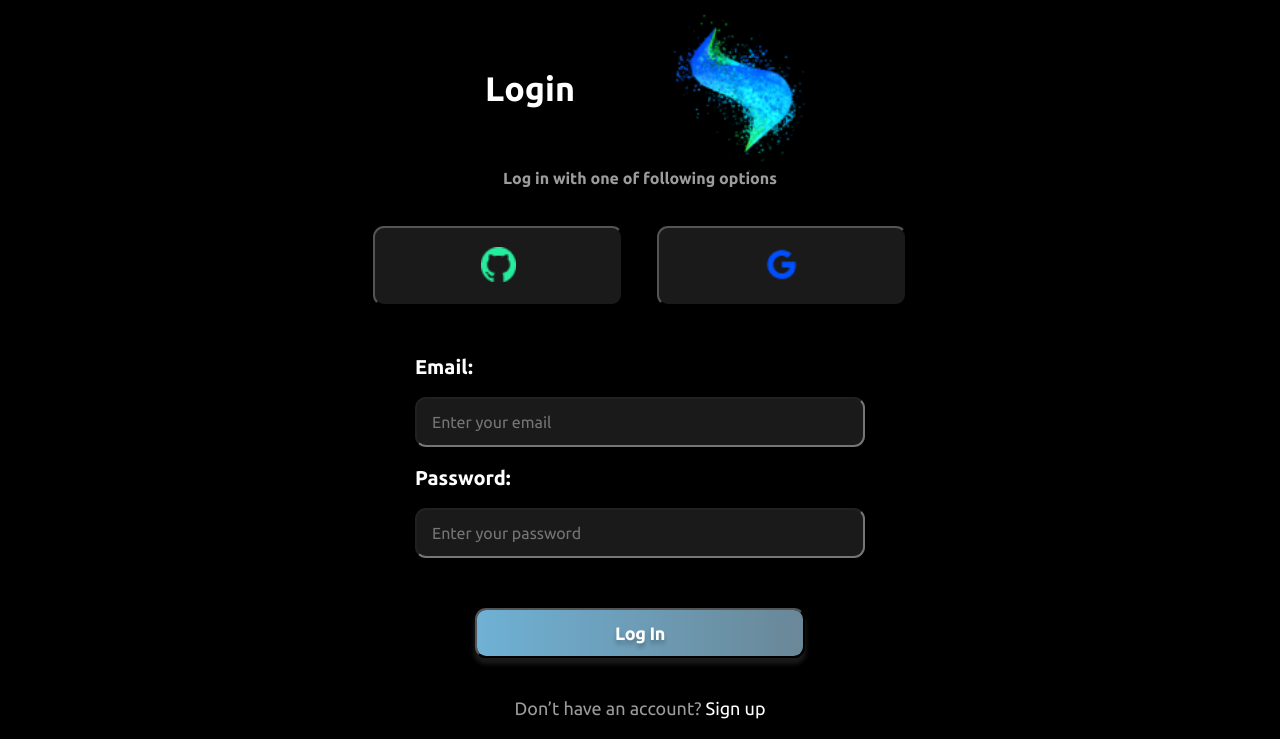
Repository: Cherced/QuanticFilms
Page: /login
These files come from the project's save history. The page is drawn as it stood at one moment and after the next save; the edit follows.
The browser window is 1280 px wide. The pictures show the whole page.
The page's requests for data from a server got no answer. The project was rebuilt for these pictures with package versions that can differ from the ones it lists, and the page was loaded fresh each time. The framework's server and built-in components were replaced by stand-ins that run in the browser. No one was signed in, and anything a server would have sent is missing. Also part of the build but not shown: components/atoms/HeaderFloat.jsx.

Above is the page before, as saved 2022-06-10 12:18:00.

### pages/_app.js
import '../sass/global.scss'
import {SessionProvider} from 'next-auth/react'



function MyApp({ Component, pageProps }) {
  return <SessionProvider>
            <Component {...pageProps} />
        </SessionProvider>
  }

export default MyApp

### pages/login.jsx
import React from 'react'
import { ButtonColors } from '../components/atoms/ButtonColors'
import { HeaderFloat } from '../components/atoms/HeaderFloat'
import {ButtonsAccesBySM} from '../components/molecules/ButtonsAccesBySM'
import { LoginForm } from '../components/molecules/LoginForm'
import  { useRouter } from 'next/router'
import {useSession, signIn } from 'next-auth/react'


const Login = () => {

  const { data: session, status } = useSession()
  const router = useRouter();

  if(status !== 'loading' && status === 'authenticated'){
      router.push('/home')
  }

  return (
    <div className="loginContainer">
         <div className="headerLogin">
           <h1>Login</h1>
        <img src="/images/brandLogoHeader.png" alt="BrandLogo"/>
        </div>
        <p className="parragaphAccount">Log in with one of following options</p>
        <ButtonsAccesBySM pathG={()=> signIn('github')} pathGO={()=> signIn('google')} img1={"/images/mac.png"} img2={"/images/google.png"} alt="mediaLink" />
        <LoginForm />
        <div className="principalButtonLogin">
        <ButtonColors path={"customization"} title="Log In" />
        <p className="parragaphAccountLogin">Don’t have an account? <a onClick={() => router.push("signUp")}>Sign up</a></p>
        </div>
    </div>
  )
}

export default Login

### sass/global.scss
@import "./vars";
@import "./components";
@import "./pages/start";
@import "./pages/login";
@import "./pages/signUp";
@import "./pages/costumization";
@import "./pages/home";
@import "./pages/account";

### components/atoms/ButtonColors.jsx
import React from 'react'
import { useRouter } from 'next/router'

export const ButtonColors = (props) => {
    const router = useRouter()
  return (
    <button onClick={() => router.push(`/${props.path}`)}>{props.title}</button>
  )
}

### components/molecules/ButtonsAccesBySM.jsx
import React from 'react'
import { ButtonAccount } from '../atoms/ButtonAccount'

export const ButtonsAccesBySM = (props) => {
  return (
    <div className="buttonsAccesBySM">
        <ButtonAccount path={props.pathG} img={props.img1} alt={props.alt} />
        <ButtonAccount path={props.pathGO} img={props.img2} alt={props.alt} />
    </div>
  )
}

### components/molecules/LoginForm.jsx
import React from 'react'
import { InputBasicAccont } from '../atoms/InputBasicAccont'

export const LoginForm = () => {
  return (
    <form className="formContainer">
        <InputBasicAccont password={false} titleForm="Email:" name="Email" for="Email" placeholder="Enter your email" type="text" autoComplete="off" />
        <InputBasicAccont password={true} titleForm="Password:" name="password" for="password" placeholder="Enter your password" type="password" autoComplete="off" />
    </form>
  )
}

### sass/_vars.scss
@import url('https://fonts.googleapis.com/css2?family=Ubuntu:ital,wght@0,300;0,400;0,500;0,700;1,300;1,400;1,500;1,700&display=swap');

$FontTitle: 'Ubuntu', sans-serif;

*{
    margin: 0;
    padding: 0;
    box-sizing: border-box;
}

body{
    background: black;
}
// forms Position
.formContainer{
    margin-top: 25px;
    width: 100%;
    display: flex;
    flex-direction: column;
    align-items: center;

}

//pruebas::after

.pruebas{
    min-width: 100vw;
    min-height: 100vh;
    box-sizing: border-box;
    margin: auto;
    padding: 0px;
    display: flex;
    justify-content: center;
    align-items: center;
    flex-direction: column;
}

### sass/_components.scss
@import "./mixxins";
@import "./components/headerFloat";
@import "./components/buttonsAccesBySM";
@import "./components/inputBasicAccount";
@import "./components/welcomeAnimation";
@import "./components/FilterSearch";
@import "./components/buttonAddCategory";
@import "./components/sliderInfinite";
@import "./components/sliderSmallCase";
@import "./components/filterByOptions";
@import "./components/progressBar";
@import "./components/userInfo";
@import "./components/logOut";
@import "./components/footer";

### sass/_mixxins.scss
@mixin ButtonColors {
    button {
        width: 330px;
        height: 50px;
        background: linear-gradient(270deg, #000000, #15adff, #25ed9e, #313a35, #000000);
        background-size: 1000% 1000%;
        -webkit-animation: AnimationName 10s ease infinite;
        -moz-animation: AnimationName 10s ease infinite;
        animation: AnimationName 10s ease infinite;
        box-shadow: 0px 5px 4px 1px #1A1A1A, inset 0px 4px 4px 629px rgba(255, 255, 255, 0.4);
        border-radius: 11px;
        color: whitesmoke;
        font-family: $FontTitle;
        font-style: normal;
        font-weight: 700;
        font-size: 18px;
        line-height: 21px;
        letter-spacing: -0.02em;
        color: #FFFFFF;
        text-shadow: 0px 4px 4px rgba(0, 0, 0, 0.25);
    }

    @media screen and (max-width: 320px) {
        button {
            width: 280px;
        }
    }

    @media screen and (max-width: 320px) and (max-height: 372px) {
        button {
            width: 280px;
        }
    }

    @-webkit-keyframes AnimationName {
        0% {
            background-position: 0% 50%
        }

        50% {
            background-position: 100% 50%
        }

        100% {
            background-position: 0% 50%
        }
    }

    @-moz-keyframes AnimationName {
        0% {
            background-position: 0% 50%
        }

        50% {
            background-position: 100% 50%
        }

        100% {
            background-position: 0% 50%
        }
    }

    @keyframes AnimationName {
        0% {
            background-position: 0% 50%
        }

        50% {
            background-position: 100% 50%
        }

        100% {
            background-position: 0% 50%
        }
    }
}

### sass/components/_headerFloat.scss
.headerText {
    display: flex;
    align-items: center;
    height: 95px;
    padding: 20px 0 0 0;

    .headerNavText {
        margin: 0 20px;

        button {
            background-color: transparent;
            border-radius: 50px;
        }
    }

    h1 {
        font-family: 'Ubuntu';
        font-style: normal;
        font-weight: 700;
        font-size: 24px;
        line-height: 28px;
        /* identical to box height */


        color: #FFFFFF;

    }

    .BrandIcon {
        position: absolute;
        top: 10px;
        left: 226px;
        z-index: 1;
    }
}

.headerJustBack {
    display: flex;
    align-items: center;
    height: 55px;
    padding: 20px 0 0 0;

    .headerNavText {
        margin: 0 20px;

        button {
            background-color: transparent;
            border-radius: 50px;
        }
    }

    .BrandIcon {
        display: none;
    }
}

@media screen and (min-width: 375px) {
    .headerText {
        .BrandIcon {
            left: 210px;
        }
    }
}

### sass/components/_buttonsAccesBySM.scss
.buttonsAccesBySM {
    width: 100%;
    margin-top: 40px;
    display: flex;
    justify-content: space-evenly;

    button {
        width: 160px;
        height: 60px;
        background: rgba(255, 255, 255, 0.1);
        box-shadow: 0px 4px 4px rgba(0, 0, 0, 0.25);
        backdrop-filter: blur(4px);
        border-radius: 11px;
    }
}

@media screen and (max-width: 320px) {
    .buttonsAccesBySM {
        margin-top: 30px;
        justify-content: space-evenly;
        button {
            width: 140px;
        }
    }
}


@media screen and (min-width: 414px) {
    .buttonsAccesBySM {
        margin-top: 50px;
        justify-content: space-evenly;
        button {
            width: 180px;
            height: 70px;
            img{
                width: 30px;
            }
        }
    }
}


@media screen and (min-width: 768px) {
    .buttonsAccesBySM {
        margin-top: 80px;
        justify-content: space-evenly;
        button {
            width: 340px;
            height: 90px;
            img{
                width: 35px;
            }
        }
    }
}


@media screen and (min-width: 1024px) {
    .buttonsAccesBySM {
        margin-top: 40px;
        justify-content: space-evenly;
        width: 600px;
        button {
            width: 250px;
            height: 80px;
            img{
                width: 35px;
            }
        }
    }
}

### sass/components/_inputBasicAccount.scss
.inputBasicAccont {
    display: flex;
    flex-direction: column;
    label {
        font-family: 'Ubuntu';
        font-style: normal;
        font-weight: 700;
        font-size: 18px;
        line-height: 21px;
        color: #FFFFFF;
        margin-top: 10px;
    }

    input {
        width: 330px;
        height: 40px;
        font-family: 'Ubuntu';
        font-style: normal;
        font-weight: 400;
        font-size: 14px;
        line-height: 16px;
        color: #FFFFFF;
        background: rgba(255, 255, 255, 0.1);
        box-shadow: 0px 4px 4px rgba(0, 0, 0, 0.25);
        backdrop-filter: blur(4px);
        border-radius: 11px;
        margin-top: 20px;
        padding-left: 15px;
    }

    .passwordInput {
        width: 330px;

        img {
            position: relative;
            right: -290px;
            top: -30px
        }

        input {
            width: 330px;
            height: 40px;
            font-family: 'Ubuntu';
            font-style: normal;
            font-weight: 400;
            font-size: 14px;
            line-height: 16px;
            color: #FFFFFF;
            background: rgba(255, 255, 255, 0.1);
            box-shadow: 0px 4px 4px rgba(0, 0, 0, 0.25);
            backdrop-filter: blur(4px);
            border-radius: 11px;
            margin-top: 20px;
            padding-left: 15px;
        }
    }
}

@media screen and (max-width: 320px) {
    .inputBasicAccont {
        input {
            width: 280px;
        }

        .passwordInput {
            width: 280px;

            img {
                position: relative;
                right: -245px;
                top: -30px
            }

            input {
                width: 280px;
            }
        }
    }

}


@media screen and (min-width: 414px) {
    .inputBasicAccont {
        input {
            width: 350px;
        }

        .passwordInput {
            width: 350px;

            img {
                position: relative;
                right: -310px;
                top: -30px
            }

            input {
                width: 350px;
            }
        }
    }

}


@media screen and (min-width: 768px) {
    .inputBasicAccont {
        label {
            margin-top: 20px;
            font-size: 20px;
        }

        input {
            width: 450px;
            height: 50px;
            font-size: 16px;
        }

        .passwordInput {
            width: 450px;

            img {
                position: relative;
                right: -400px;
                top: -35px
            }

            input {
                width: 450px;
                height: 50px;
                font-size: 16px;
            }
        }
    }
}

### sass/components/_FilterSearch.scss
.FilterSearch {
    width: 280px;
    height: 45px;
    box-shadow: 0px 4px 4px rgba(0, 0, 0, 0.25), 0px 4px 4px rgba(255, 255, 255, 0.25);
    border-radius: 18px;
    animation: shadownText 3s ease-in-out infinite;
    input {
        padding-left: 50px;
        width: 100%;
        height: 45px;
        background: #1A1A1A;
        box-shadow: 0px 4px 4px rgba(0, 0, 0, 0.25);
        backdrop-filter: blur(4px);
        border-radius: 22px;
        color: #FFFFFF;
    }

    button {
        width: 35px;
        height: 35px;
        position: relative;
        top: -40px;
        left: 10px;
        border-radius: 46px;

        img {
            background: #1A1A1A;
            width: 100%;
            height: 100%;
            border-radius: 20px;
        }

    }
}
@media screen and (min-width: 375px) {
    .FilterSearch{
        width: 300px;
    }

}


@media screen and (min-width: 768px) {
    .FilterSearch{
        width: 450px;
    }
}

### sass/components/_buttonAddCategory.scss
.PopularCategoriesContainer {
    width: 95%;
    height: auto;
    display: flex;
    flex-direction: row;
    flex-wrap: wrap;
    justify-content: space-evenly;

    .ButtonAddCategorie {
        display: flex;
        justify-content: space-evenly;
        align-items: center;
        width: auto;
        height: auto;
        background: #1A1A1A;
        box-shadow: 0px 4px 4px rgb(0 0 0 / 25%);
        border-radius: 30px;
        font-family: "Ubuntu", sans-serif;
        font-style: normal;
        font-weight: 500;
        font-size: 17px;
        line-height: 18px;
        text-align: center;
        letter-spacing: -0.165px;
        color: #FFFFFF;
        margin: 15px 0;
        padding: 5px;
        box-shadow: 0px 4px 4px rgba(0, 0, 0, 0.25), 0px 4px 4px rgba(255, 255, 255, 0.35);
        border-radius: 18px;
        animation: shadownText 10s ease-in-out infinite;
        img {
            padding-left: 20px;
        }

    }
}
@media screen and (min-width: 375px){
    .PopularCategoriesContainer{
        margin-top: 30px;
    }
}

@media screen and (min-width: 414px){
    .PopularCategoriesContainer{
        margin-top: 50px;
    }
}

### sass/components/_sliderInfinite.scss
.sliderInfiniteMoviesContainer {
    margin: 50px 0;
    width: 100%;
    max-width: 400px;
    overflow: hidden;

    .sliderContent {
        display: flex;
        width: 2000%;
        height: 400px;
        margin-left: -100%;
        .sliderContentItem__image {
            width: 100%;
            background: transparent;
            border: none;
            .sliderImg {
                display: block;
                width: 100%;
                height: 100%;
                object-fit: contain;
                border-radius: 200px;
            }
        }
    }

    .slider--BTN {
        position: relative;
        width: 40px;
        height: 40px;
        background: rgba(255, 255, 255, 0.7);
        top: 20px;
        transform: translateY(-50%);
        border-radius: 50%;
        cursor: pointer;
        z-index: 1;
        font-size: 30px;
        font-weight: bold;
        font-family: 'Ubuntu';
    }

    .slider--BTN:hover {
        background: rgba(255, 255, 255, 0.9);
    }

    .btn--lf {
        left: 50px;
    }

    .btn--rg {
        left: 250px;
    }
}

### sass/components/_filterByOptions.scss
.filterByOptionsContainer {
    width: 90%;
    display: flex;
    margin: 30px 0;


    .switchByOptions {
        background: transparent;
        border-radius: 50px;
        width: 32px;
        height: 32px;
        margin-left: 47%;
        transition: all 1.3s ease;
    }

    .filterSelectsThree {
        width: 0;
        display: flex;
        flex-direction: row;
        opacity: 0;
        justify-content: space-between;
        transition: 1s ease;
        .optionFilter {
            width: auto;
            height: 30px;
            padding: 0 8px;

            select {
                padding: 5px;
                border-radius: 30px;
                border: 1px solid transparent;
                width: 100%;
                height: 100%;
                color: #FFFFFF;
                background: #1A1A1A;
                box-shadow: 0px 4px 4px rgba(0, 0, 0, 0.25);
                animation: shadownText 5s ease-in-out infinite;
                background: #1A1A1A;
                box-shadow: 0px 4px 4px rgba(0, 0, 0, 0.25), inset 0px 4px 4px rgba(0, 0, 0, 0.25);
            }
        }

    }
}

### sass/components/_progressBar.scss

.container-bar {
	flex-direction: column;
	display: flex;
	align-items: center;
	justify-content: center;

}

.progress {
	background-color: rgba(37, 40, 54, 0.8);
	border-radius: 20px;
	position: relative;
	height: 43px;
	width: 308px;
    padding: 6px 8px 0 8px;
}

.progress-bar {
	background:#E7E1E1;
	border-radius: 20px;
	height: 30px;
	width: 0;
	transition: 1s ease 0.3s;
}

### sass/components/_userInfo.scss
.accountContent {
    padding: 0;
    margin: 0;
    width: 100%;
    height: 100%;
    margin-top: 20px;

    .userAvatar {
        display: flex;
        flex-direction: column;
        align-items: center;
        justify-content: center;

        img {
            width: 250px;
            height: 250px;
            border-radius: 50%;
            margin-bottom: 20px;
            object-fit: cover;
            box-shadow: 0px 5px 4px 1px #1A1A1A, inset 0px 4px 4px 629px rgba(255, 255, 255, 0.4);
        }

        h1 {
            color: #FFFFFF;
            font-family: 'Ubuntu';
            animation: shadownText 3s ease-in-out infinite;
        }

    }
}

### sass/components/_logOut.scss
.logOut{
    display: flex;
    flex-direction: row;
    align-items: center;
    justify-content: center;
    width: 300px;
    height: 100px;
    h1{
        margin-bottom: 30px;
        color: #FFFFFF;
        font-family: 'Ubuntu';
        animation: shadownText 3s ease-in-out infinite;
    }
    img{
        padding: 10px;
    }
}

### sass/components/_footer.scss
.footerContainer{
    margin-top: 35px;
    width: 100%;
    height: 70px;
    border-radius: 50px 50px 0 0;
    background-color: #1A1A1A;
    display: flex;
    justify-content: space-evenly;
    align-items: center;
    button{
        width: 40px;
        height: 40px;
        background-color: #1A1A1A;
        border-radius: 50%;
    }
}

### sass/pages/_costumization.scss
.customizationContainer {
    width: 100%;
    background-color: black;
    display: flex;
    flex-direction: column;
    align-items: center;
    color: white;

    .titleSelects {
        width: 100%;
        height: 50px;
        display: flex;
        align-items: flex-start;
        flex-direction: column;
        font-family: 'Ubuntu', sans-serif;
        font-style: normal;
        font-weight: 700;
        font-size: 20px;
        line-height: 18px;
        text-align: center;
        letter-spacing: -0.165px;
        color: #FFFFFF;
        padding-left: 30px;
        margin: 30px 0 5px 0;
    }

    .textIntroContainer {
        display: flex;
        justify-content: center;
        flex-direction: column;
        margin-top: 40px;

        h1 {
            color: white;
            font-family: 'Ubuntu';
            font-style: normal;
            font-weight: 700;
            font-size: 20px;
            line-height: 18px;
            text-align: center;
            letter-spacing: -0.165px;
            color: #FFFFFF;
            animation: shadownText 3s ease-in-out infinite;
        }


        .parragaphAccount {
            color: #9C9C9C;
            font-style: normal;
            font-weight: 400;
            font-size: 13px;
            line-height: 15px;
            font-family: 'Ubuntu', sans-serif;
            font-weight: bold;
            margin-top: 20px;
            padding: 20px 40px;
            text-align: center;
        }
    }

    .PopularActorsContainer {
        width: 100%;
        overflow-y: hidden;
        overflow-x: scroll;
        scroll-behavior: smooth;
        display: flex;
        flex-direction: row;
        align-items: center;
        justify-content: flex-start;

        .AutorShowerCard {
            height: 170px;
            margin: 0 20px;
            display: flex;
            flex-direction: column;
            align-items: center;
            justify-content: space-evenly;

            img {
                object-fit: cover;
                width: 79px;
                height: 79px;
                border-radius: 50%;
            }

            p {
                height: 40px;
                font-family: 'Ubuntu', sans-serif;
                font-style: normal;
                font-weight: 300;
                font-size: 12px;
                line-height: 18px;
                text-align: center;
                letter-spacing: -0.165px;
                color: #FFFFFF;
            }
        }
    }

    .nextButton {
        position: relative;
        right: -120px;
        margin: 25px 0;
        width: 65px;
        height: 65px;
        background: transparent;
        border-radius: 50%;
        background-image: url("../../public/images/next.png");
        background-size: cover;
        background-position: center;
        background-repeat: no-repeat;
        cursor: pointer;
    }

}

@media screen and (min-width: 390px) {
    .customizationContainer {
        .textIntroContainer {
            margin-top: 50px;
        }
    }
}

@media screen and (min-width: 414px) {
    .customizationContainer {
        .titleSelects {
            margin: 60px 0 10px;
        }

        .nextButton {
            margin: 20px;
        }
    }
}


@media screen and (min-width: 768px) {
    .customizationContainer {
        padding: 0 100px;

        .nextButton {
            right: -260px;
            margin: 30px;
        }
    }
}

### sass/pages/_home.scss
.homeContainer {
    display: flex;
    flex-direction: column;
    align-items: center;
    justify-content: space-evenly;
    min-height: 100vh;
    width: 100%;

    .headerHome{
        width: 100%;
        height: 120px;
        display: flex;
        align-items: center;
        justify-content: center;
        background-color: #1A1A1A;
        border-radius: 0 0 50px 50px;
        margin-bottom: 50px;
        animation: shadownText 3s ease-in-out infinite;
        .BRANDLOGO {
            z-index: 2;
            width: 120px;
            height: 120px;
        }

    }

}

### sass/pages/_account.scss
.accountContainer {
    min-height: 100vh;
    width: 100%;
    display: flex;
    flex-direction: column;
    align-items: center;
    justify-content: flex-start;

    .userOptions {
        display: flex;
        flex-direction: column;
        align-items: center;
        justify-content: center;
        @include ButtonColors;
        margin-top: 20px;

        :nth-child(2) {
            margin-top: 20px;
        }

        .container-bar {
            font-family: 'Ubuntu';
            font-style: normal;
            font-weight: 300;
            font-size: 15px;
            line-height: 18px;
            color: #FFFFFF;
            margin-top: 20px;

            p {
                margin-bottom: 5px;
            }

        }

        animation: shadownText 3s ease-in-out infinite;
    }

}

### components/atoms/ButtonAccount.jsx
import React from 'react'
import { useRouter } from 'next/router'

export const ButtonAccount = (props) => {
    const router = useRouter()
  return (
    <button onClick={props.path} > <img src={props.img} alt={props.alt} /></button>
  )
}

### components/atoms/InputBasicAccont.jsx
import React from 'react'

export const InputBasicAccont = (props) => {
  return (
    <div className="inputBasicAccont">
        <label for={props.for}>{props.titleForm}</label>
        {

        props.password ?

        (
        <div className="passwordInput">
        <input type={props.type} name={props.name} placeholder={props.placeholder} autoComplete={props.autoComplete} />
        </div>
        ) :
        (
        <input type={props.type} name={props.name} placeholder={props.placeholder} autoComplete={props.autoComplete}  />
        )
        }
    </div>
  )
}

Loaded but not shown: sass/components/_welcomeAnimation.scss (782 lines, source omitted); sass/pages/_signUp.scss (511 lines, source omitted); sass/pages/_login.scss (293 lines, source omitted); sass/pages/_start.scss (196 lines, source omitted); sass/components/_sliderSmallCase.scss (158 lines, source omitted)

After the next save:
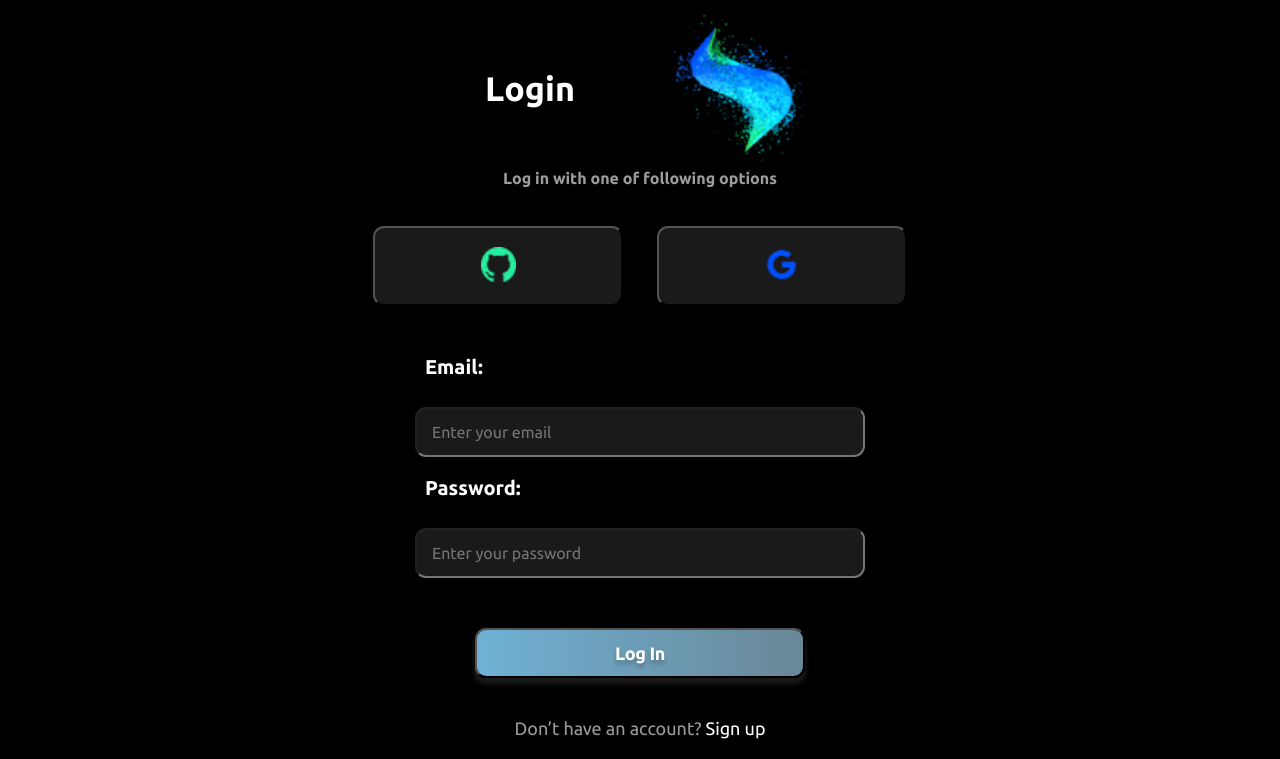
Saved 9 s later.
--- a/sass/components/_inputBasicAccount.scss
+++ b/sass/components/_inputBasicAccount.scss
@@ -8,7 +8,7 @@
         font-size: 18px;
         line-height: 21px;
         color: #FFFFFF;
-        margin-top: 10px;
+        margin: 10px;
     }
 
     input {
